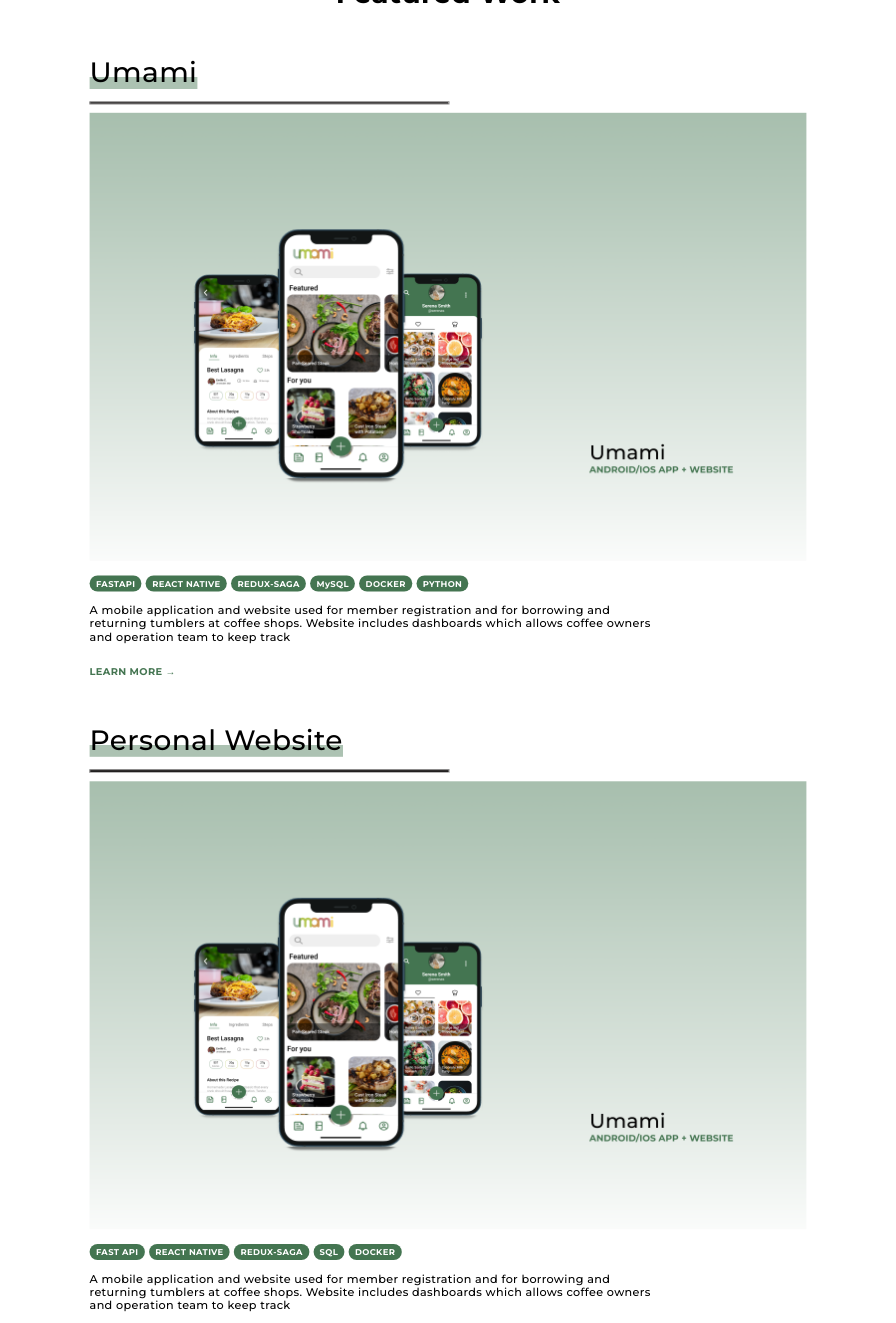
Repository: TangMartin/martintang
Page: index.html
These files come from the project's save history. The page is drawn as it stood at one moment and after the next save; the edit follows.
The browser window is 1280 px wide. The pictures show the part of the page from y = 1043 to 2963 px (the page is 2933 px tall before and 2963 px after), at 70% of full size.

Above is the page before, as saved 2021-11-24 21:47:34.

### index.html
<!DOCTYPE html>

<html>
    <head>
        <link href="./styles/style.css" rel="stylesheet">
        <link rel="preconnect" href="https://fonts.googleapis.com">
        <link rel="preconnect" href="https://fonts.gstatic.com" crossorigin>
        <link href="https://fonts.googleapis.com/css2?family=Montserrat:wght@300;500;700&display=swap" rel="stylesheet">
        <title> Martin Tang</title>
    </head>

    <body>
        <!-- Nav Bar-->
        <!-- Main Page-->
        <div class="flex-main">
            <!-- Left Box-->
            <div class="flex-left">
                <h1>Hello! <span class="wave">👋🏻</span> </h1>
                <h1>I'm Martin Tang</h1>
                <hr style="height:5px; width:15%; margin-left:0; background-color:#222020; display: inline-block">
                <h3>I'm a <strong>developer</strong> who believes in leveraging technology to build a more inclusive, ethical and innovative future. </h3>
                <h3>I strive to create genuine relationships and values for both businesses, organizations, and users.</h3>
            </div>
            <!-- Right Box-->
            <div class="flex-right">
                <div class="image-stack">
                    <a style="grid-column: 8; grid-row: 10; cursor: pointer; --turn-radius: 12deg; cursor: pointer;" href="./Martin_Tang_Resume.pdf" target="_blank" download>
                        <img src="./assets/polaroids/Resume.png"/>
                    </a>
                    <img style="grid-column: 3; grid-row: 1; --turn-radius: -12deg;" src="./assets/polaroids/Apsc100.png" />
                    <img style="grid-column: 1; grid-row: 7; --turn-radius: -12deg;" src="./assets/polaroids/Sunset.png" />
                    <img style="grid-column: 7; grid-row: 5; --turn-radius: 15deg;" src="./assets/polaroids/Hongkongpng.png" />
                    <a style="grid-column: 3; grid-row: 12; --turn-radius: -12deg; cursor: pointer;" href="./pages/aboutme.html">
                        <img src="./assets/polaroids/Aboutme.png" />
                    </a>
                    <img style="grid-column: 4; grid-row: 5; --turn-radius: -4deg;"src="./assets/polaroids/Jetski.png" />
                    <a style="grid-column: 5; grid-row: 9; --turn-radius: 10deg; cursor: pointer;" href="#featuredwork">
                        <img src="./assets/polaroids/Projects.png"/>
                    </a>
                </div>
            </div>
        </div>
        <div class="featured_work" id="featuredwork">
            <!-- Featured Work -->
            <h1 style="text-align: center; padding-top: 5rem;"> Featured Work </h1>
            <ul class="work_list">

                <!-- Umami -->
                <li class="work_item">
                    <h1><span class="highlight" style="--highlighter-color: #ACC2B2;">Umami</span></h1>
                    <hr style="height:2.5px; width:50%; margin-left:0; background-color:#222020; display: inline-block; margin">
                    <img class="work_image" src="./assets/images/Umami.png" />
                    <div class="technologies">
                        <p>FASTAPI</p>
                        <p>REACT NATIVE</p>
                        <p>REDUX-SAGA</p>
                        <p>MySQL</p>
                        <p>DOCKER</p>
                        <p>PYTHON</p>
                    </div>
                    <p class="work_description">
                        A mobile application and website used for member registration and for borrowing and returning tumblers at coffee shops.  Website includes dashboards which allows coffee owners and operation team to keep track
                    </p>
                    <h3> LEARN MORE → </h3>
                </li>

                <!-- Personal Website -->
                <li class="work_item">
                    <h1><span class="highlight" style="--highlighter-color: #ACC2B2">Personal Website</span></h1>
                    <hr style="height:2.5px; width:50%; margin-left:0; background-color:#222020; display: inline-block">
                    <img class="work_image" src="./assets/images/Umami.png" />
                    <div class="technologies">
                        <p>FAST API</p>
                        <p>REACT NATIVE</p>
                        <p>REDUX-SAGA</p>
                        <p>SQL</p>
                        <p>DOCKER</p>
                    </div>
                    <p class="work_description">
                        A mobile application and website used for member registration and for borrowing and returning tumblers at coffee shops.  Website includes dashboards which allows coffee owners and operation team to keep track
                    </p>
                </li>

            </ul>
        </div>
    </body>
</html>

### styles/style.css
:root {
    --highlighter-color: #EEDF5B;
    --umami-color: #447551;
    --turn-radius: 6deg;
}

html{
    scroll-behavior: smooth;
}
body {
    max-width: 70rem;
    margin-right: auto;
    margin-left: auto;
    width: 80vw;
    padding-top: 2rem;
}

body,
h1,
h2,
h3,
h4,
h5 {
  font-family: 'Montserrat', sans-serif;
  letter-spacing: 0.5px;
}

h3 {
    margin-top: 10px;
    color: #222020;
    font-size: 20px;
    font-weight: 300;
}

/* MAIN PAGE */
.flex-main {
    display: flex;
    flex-direction: row;
}
.flex-main h1 {
    display: flex;
    flex-direction: row;
    font-size: 50px;
    margin: 5px 0px 10px 0px;
}

.flex-left {
    width: 40%;
    padding-top: 23%;
    padding-bottom: 2%;
}
.flex-right {
    width: 60%;
}
.image-stack{
    display: grid;
    grid-template-columns: repeat(12, 55px);
    grid-template-rows: repeat(19, 48px);
    padding-left: 10%;

}
.image-stack img {
    transition: all 0.3s ease-in-out 0s;
}
.image-stack img:hover {
    transform: rotate(var(--turn-radius));
    transition: all 0.3s ease-in-out 0s;
}

.wave {
    animation-name: wave-animation;  /* Refers to the name of your @keyframes element below */
    animation-duration: 2.5s;        /* Change to speed up or slow down */
    animation-iteration-count: infinite;  /* Never stop waving :) */
    transform-origin: 70% 70%;       /* Pivot around the bottom-left palm */
    display: inline-block;
  }

  @keyframes wave-animation {
      0% { transform: rotate( 0.0deg) }
     10% { transform: rotate(14.0deg) }  /* The following five values can be played with to make the waving more or less extreme */
     20% { transform: rotate(-8.0deg) }
     30% { transform: rotate(14.0deg) }
     40% { transform: rotate(-4.0deg) }
     50% { transform: rotate(10.0deg) }
     60% { transform: rotate( 0.0deg) }  /* Reset for the last half to pause */
    100% { transform: rotate( 0.0deg) }
  }

/* FEATUERED WORK */
.featured_work {
    margin-top: -5%;
}
.featured_work h1 {
    font-size: 40px;
}
.work_list {
    list-style: none;
    padding-left: 0;
}
.work_item {
    margin-top: 4rem;
}
.work_item h1{
    margin-bottom: 1%;
}
.work_item h3{
    margin-top: 3%;
    font-weight: bold;
    font-size: 14px;
    color: var(--umami-color);
}
.work_image {
    max-width: 100%;
}
.work_description {
    margin-top: 5px;
    font-weight: 400;
    width: 80%;
}
.highlight {
    background: linear-gradient(180deg, #FFFFFF 65%, var(--highlighter-color) 65%);
    font-weight: 400;
}
.technologies {
    margin-top: 5px;
    display: flex;
    flex-direction:row;
    max-width: 60%;

}
.technologies p {
    font-size: 12px;
    margin-right: 6px;
    color: #FFFFFF;
    font-weight: 600;
    border-radius:20px;
    padding: 4px 9px 4px 9px;
    background: var(--umami-color);
}

After the next save:
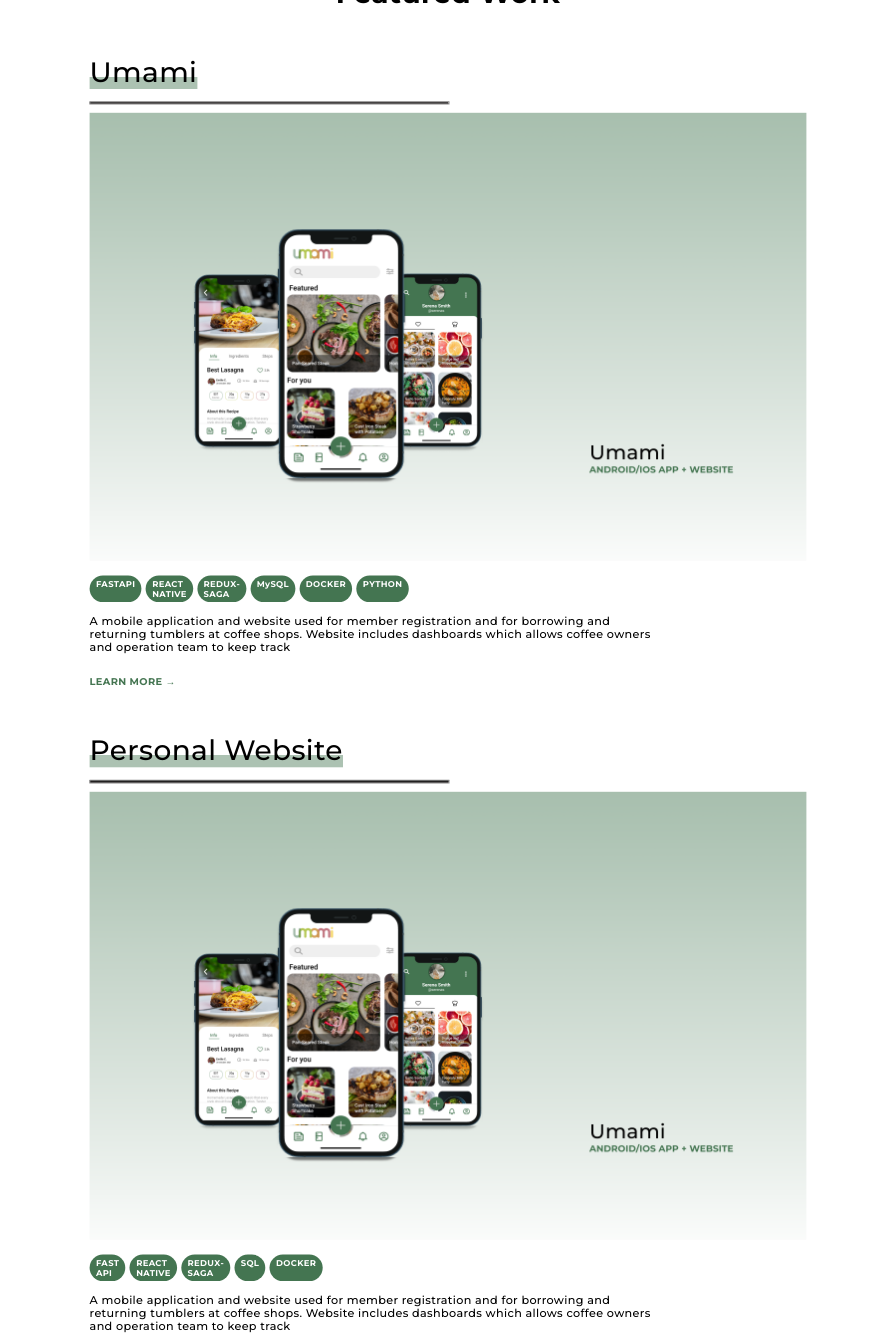
Saved 10 s later.
--- a/styles/style.css
+++ b/styles/style.css
@@ -125,7 +125,7 @@
     margin-top: 5px;
     display: flex;
     flex-direction:row;
-    max-width: 60%;
+    width: 20%;
 
 }
 .technologies p {
